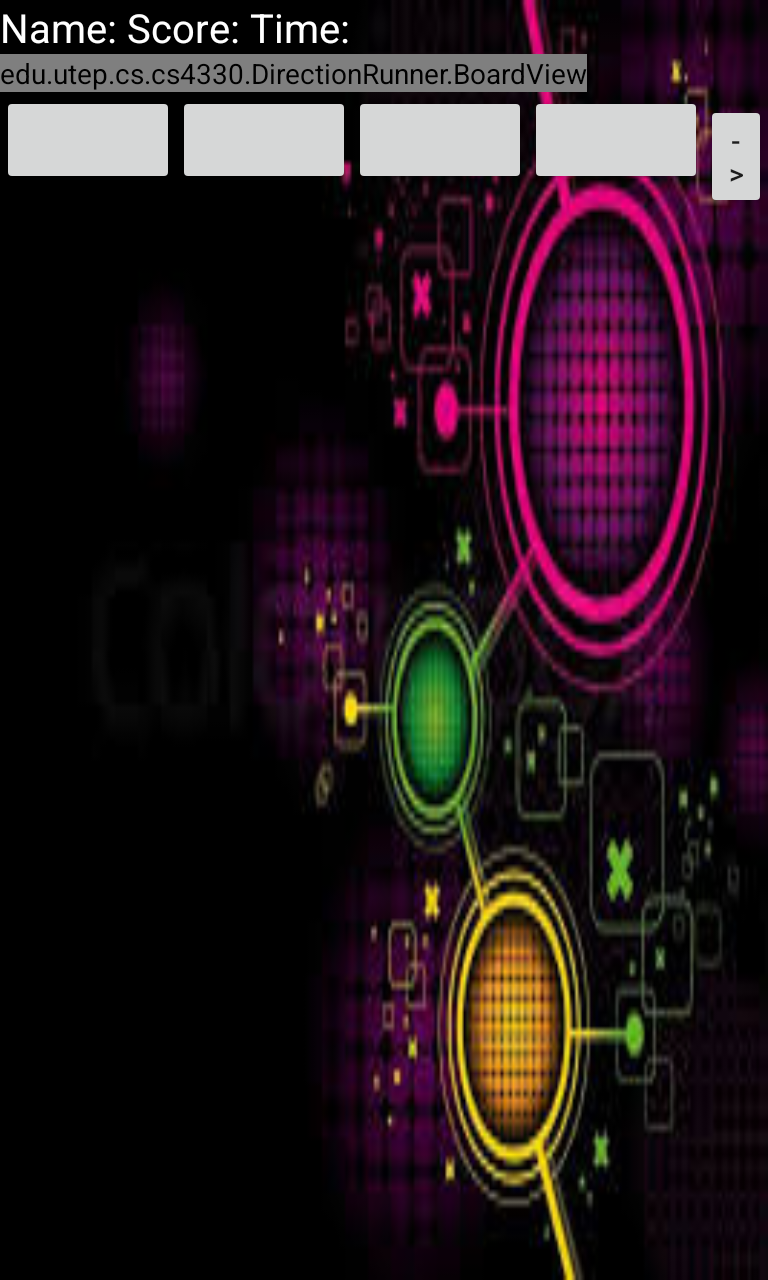
Repository: RedJaVa68/DirectionRunner
Layout: DirectionRunner/res/layout/game_activity.xml
An editor plug-in stored every save of this project. The layout is shown before and after the next save, followed by the edit.
Pictures or frames that could not be fetched are drawn as grey boxes. It is drawn on a 768 x 1280 px phone screen (xhdpi) without system bars, with theme AppTheme; the app's code is not run.

Above is the layout before, as saved 2015-05-07 00:27:37.

After the next save:
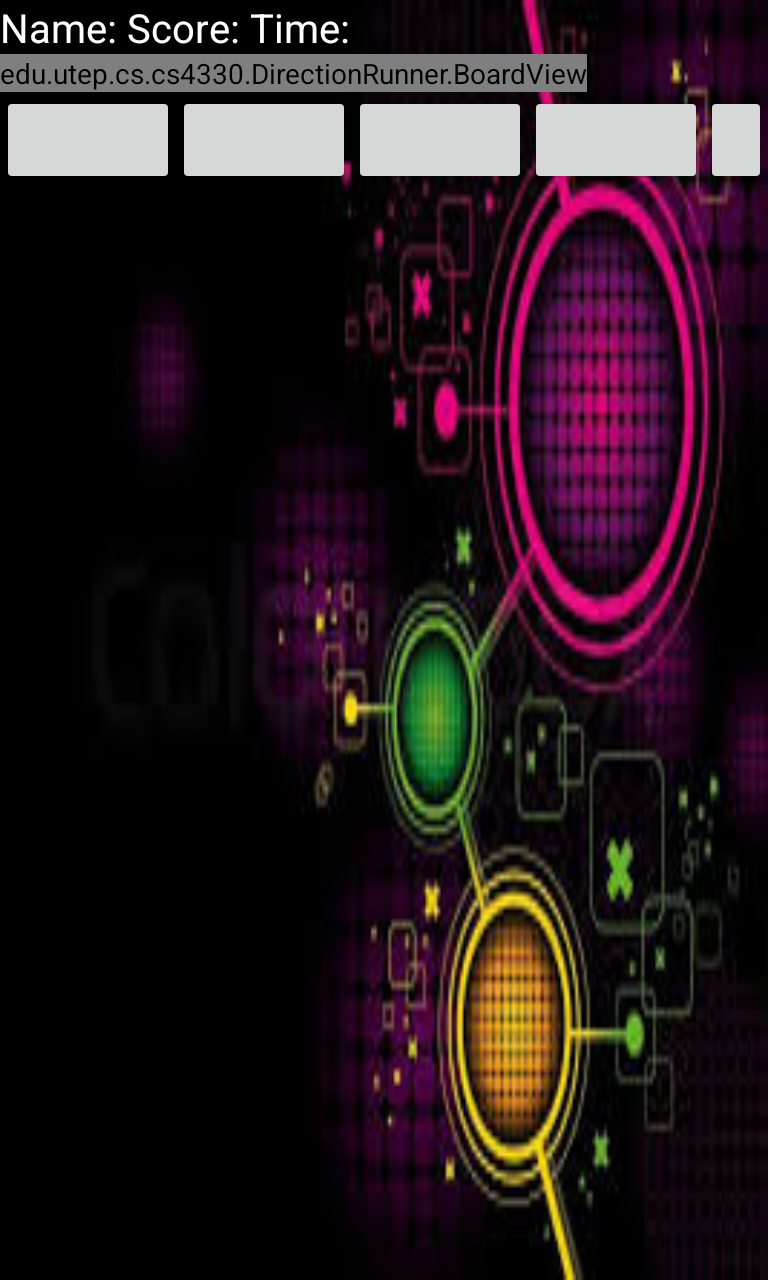
Saved 6 s later.
--- a/DirectionRunner/res/layout/game_activity.xml
+++ b/DirectionRunner/res/layout/game_activity.xml
@@ -69,7 +69,6 @@
         	android:id="@+id/button5"
         	android:layout_width="wrap_content"
         	android:layout_height="wrap_content"
-        	android:text="->"
         	android:onClick="button5"/>
     </LinearLayout>
 </LinearLayout>
